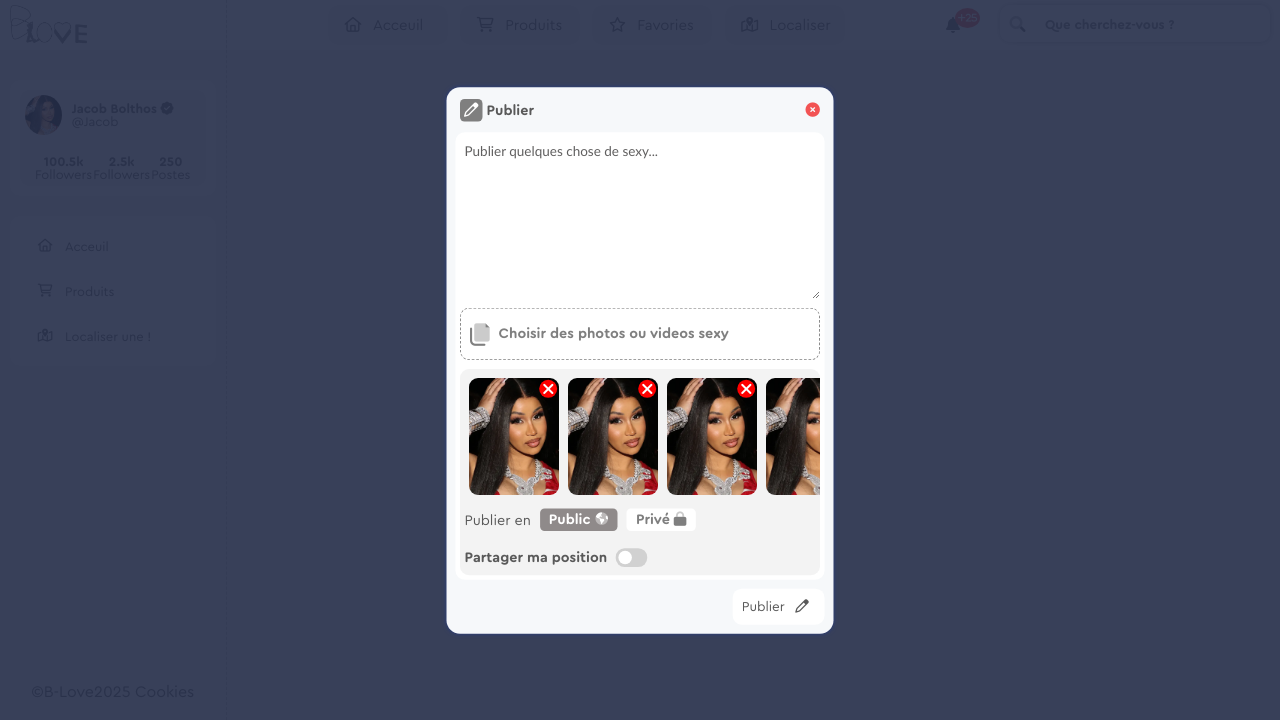
Repository: moomoony-log/b-love
Page: /home
The author's editor kept a copy of each file at every save. The page is drawn from the files as they stood at one save, then again after the next save.
The browser window is 1280 px wide. The pictures show the whole page.
Pictures or frames that could not be fetched are drawn as grey boxes. The project was rebuilt for these pictures with package versions that can differ from the ones it lists, and the page was loaded fresh each time. Also part of the build but not shown: vite.config.ts, src/rules/legacy.tsx, src/rules/privacy.tsx, src/components/basic/notification.tsx, src/view/auth.tsx, src/view/main/acceuil.tsx, src/view/main/dashbord.tsx, src/view/main/info-account.tsx and 3 more.

Above is the page before, as saved 2025-10-14 18:50:00.

### index.html
<!--
        ?????????         ?????????        ???????????????????
        ????? ?????     ????? ?????      ??????????   ??????????
        ?????  ?????   ?????  ?????    ????????         ????????
        ?????   ????? ?????   ?????    ??????            ????????
        ?????    ?????????    ?????    ??????            ????????
        ?????      ?????      ?????    ???????          ????????
        ?????                 ?????     ?????????      ????????
        ?????                 ?????        ???????????????????
        ?????                 ?????         ????????????????

    TRAVAIL JUSQU'A CE QU'ON DISE QUE TU ES FRANC-MAÇON
    TRAVAIL JUSQU'A CE QU'ON DISE QUE TU ES FRANC-MAÇON
    TRAVAIL JUSQU'A CE QU'ON DISE QUE TU ES FRANC-MAÇON
-->
<!doctype html>
<html lang="en">
  <head>
    <meta charset="UTF-8">
    <meta name="viewport" content="width=device-width, initial-scale=1.0">
    <meta http-equiv="X-UA-Compatible" content="IE=edge">
    <!-- Inbuilt -->
    <link rel="shortcut icon" href="./img/logoloveb.png" type="image/x-icon">
    <!-- <link rel="stylesheet" href="./vendor/font-awesome-pro/css/all.css">  -->
    <!-- <link rel="stylesheet" href="./css/app.css">  -->
    <title>B!love</title>
  </head>
  <body id="index">
    <div id="main-container"></div>
    <script type="module" src="/src/main.tsx"></script>
  </body>
</html>

### src/main.tsx
import { StrictMode } from 'react'
import { createRoot } from 'react-dom/client'
import App from './app'

createRoot(document.getElementById('main-container')!).render(
  <StrictMode>
    <App />
  </StrictMode>
)

### src/app.tsx

import { createBrowserRouter, RouterProvider } from "react-router-dom";
import Legacy from "./rules/legacy";
import Privacy from "./rules/privacy";
import Main from "./view/main/main";
import Auth from "./view/auth";
import Acceuil from "./view/main/acceuil";
import Dashbord from "./view/main/dashbord";
import "../public/css/app.css"
import "../public/vendor/font-awesome-pro/css/all.css"
import InfoAccount from "./view/main/info-account";
import Account from "./view/main/account";
import BecomeToMember from "./view/main/becomeToMember";
import Product from "./view/main/product";

// import Auth from "./view/auth";

const router =  createBrowserRouter([
	{
		path:'/',
		element:<Auth/>
	},
	{
		path:'/legacy',
		element:<Legacy/>
	},
	{
		path:'/privacy',
		element:<Privacy/>
	},
	{
		path:'/home',
		element:<Main/>,
		children:[
			{
				path:'acceuil',
				element: <Acceuil/>
			},
			{
				path:'dashbord',
				element: <Dashbord/>,
			},
			{
				path: 'product',
				element: <Product/>
			},
			{
				path:'check',
				element: <div>Localisation</div>
			},
			{
				path:'client',
				element: <InfoAccount/>,
				children: [
					{
						path:'compte',
						element: <Account/>
					},
					{
						path:'devenir_membre',
						element: <BecomeToMember/>
					},

				]
			}

		]
	}
])

// --> POINT D'ENTREE DANS L'APP(INDEX --> AUTH)
function App() {
	return <RouterProvider router={router}/>
}

export default App

### src/components/basic/button.tsx
// --> BUTTON COMPONENTS

import { forwardRef } from "react"
import { NavLink, useLocation } from "react-router-dom";

interface buttonProps {
    type: 'submit' | 'button',
    name?: string,
    icon?:string,
    color?: string,
    outline?: string,
    small?: 'small' | 'small-1' | 'small-2' | 'small-3',
    navigate?: string,
    children: boolean,
    border?: boolean,
    to: string | false,
    inner?:string,
    disable?:boolean,
    onclick?: () => unknown
}

const Button = forwardRef<HTMLButtonElement, buttonProps>(
  ({ name, icon, color, outline, small, navigate, inner, disable, children,border, to, onclick }, ref) => {
    const location = useLocation()
    return (
      <button
        ref={ref}
        type="button"
        className="ui-btn"
        name={name}
        color={color}
        {...(outline ? { "data-outline": "" } : {})}
        {...(disable ? { disabled: true } : {})}
        {...(navigate ? { "data-navigate": "" } : {})}
        {...(inner ? { "data-inner": "" } : {})}
        {...(small ? { "data-size" : small} : {})}
        {...(border ? { "data-border": "" } : {})}
        {...(to && location.pathname === to ? { "data-active": "" } : {})}
        onClick={onclick}
      >
        { (!children && !to ) && name } { icon && (!children && !to ) && <i className={icon}></i> }

        { (children && to) && <NavLink to={to}>  <i className={icon}></i>  {name} </NavLink> }

      </button>
    );
  }
);

export default Button

### public/css/config/config.css
/* Style global de configuration */

/* Police d'ecriture */
/* Cera */
@font-face{
    font-family: 'Cera';
    src: url('../../font/cera-round-pro/CeraRoundPro-Bold.otf');
    font-weight: bold;
}
@font-face {
    font-family: 'Cera';
    src: url('../../font/cera-round-pro/CeraRoundPro-Regular.otf');
    font-weight: normal;
}

/* body{
    display: flex !important;
    padding: 5px;
    height: 100%;
    width: 100%;
    position: absolute;
    top: 0;
    left: 0;
    overflow: hidden;
} */
body *{
    box-sizing: border-box;
    font-family: 'Cera', sans-serif;
    font-weight: bold;
}

button:focus, input:focus, textarea:focus, select:focus {
    outline: none;
}

button {
    cursor: pointer;
    border: none;
}

h1, h2, h3, h4, h5, p {
    color: inherit;
    margin: 0;
    padding: 0;
    text-decoration: inherit;
}

img{
    height: inherit;
    max-width: 100%;
}

### public/css/component/components.css
 /* Imporation des dependances */
 @import url('input.css');
 @import url('button.css');
 @import url('img.css');
 @import url('notification.css');
 @import url('loader.css');
 @import url('table.css');
 @import url('./modals/modal.css');

 @keyframes text{
    0%{
        transform: translateX(100%);
    }
    100%{
        transform: translateX(-100%);
    }
 }

### public/css/views.css
/* --> Css relative à toutes les vues communes  */
@import url('views/auth.css');
@import url('views/legacy.css');
@import url('views/privacy.css');

### public/css/animation.css
@keyframes reotateInner {
    from {
       transform: rotate(0);
    }
    to{
       transform: rotate(180deg);
    }
 }
 @keyframes Online {
    0%, 100% {
       transform: scale(1.5);
       opacity: 1;

    }
    50% {
       transform: scale(0.5);
       /* opacity: 0.5; */
    }
 }
  @keyframes Online2 {
    0%, 100% {
       opacity: 1;

    }
    50% {
       opacity: 0.5;
    }
 }
 @keyframes spin {
   0%{
      transform: rotate(0deg);
   }
   100%{
      transform: rotate(360deg);
   }

 }
  @keyframes opa {
   0%{
      opacity: .4;
   }
   100%{
      opacity: 1;
   }

 }

### public/css/utils/utils.css
@import url('variable.css');
@import url('helper.css');

### public/css/utils/variable.css
/* Variables */
:root{
    --color-white: #ffffff;
    --color-gray-soft: #F6F8FA;
    --color-gray-medium: #b0b0b0;
    --color-gray-hard: #595959;
    --color-gray-hard-1: #7f7f7f;
    /* --color-gray-hard-3: #d4d2d246; */
    --color-gray-hard-3: #f2f2f2e7;
    --color-gray-hard-5: #f2f2f2;
    --color-gray-hard-4: #5959592f;
    --color-blue-lite: #dbf5ff;
    --color-blue-soft: #00B0F0;
    --color-blue-soft-2: #9ab9dc;
    --color-blue-hard: #2A6EBB;
    --color-green-lite: #aefecf;
    --color-green-lite-2: #80d6a4;
    --color-green-hard: #41cf7c;
    --color-red-lite: #ffcdcd;
    --color-red-soft: #f58e8e;
    --color-red-hard: #f25353;
    --shadow-one: 0 0 5px #eee;
    --shadow-two: 0 0 5px #84b1c3;
    --shadow-3: 0 0 4px #bababa;
    --bezier-1: cubic-bezier(0.68, -0.55, 0.27, 1.55);
}

### public/css/views/legacy.css
.legacy {
    z-index: 10;
    height: 100%;
    padding: 20px;
    overflow: auto;
}
.legacy p{
    font-size: 40px;
}

### public/css/utils/helper.css
/* cool-scroll-bar */
.cool-scroll-bar::-webkit-scrollbar{
    width: 3px;
    height: 3px;
    border-radius: 50px !important;
    background-color: var(--color-gray-soft);
    box-shadow: 0 0 5px var(--color-gray-soft);
}
.cool-scroll-bar::-webkit-scrollbar-thumb{
    background-color: var(--color-gray-medium);
    border-radius: 50px !important;
}

### public/css/component/button.css

 /* UI-BTN-1 */
.ui-btn{
   height: 35px;
   min-width: 35px;
   text-align: center;
   border-radius: 10px;
   font-size: 15px;
   padding: 0 10px;
   position: relative;
   color: var(--color-gray-hard);
   background-color: white;
   top: 0;
   cursor: pointer;
   transition: outline .3s ease-in-out, background .3s ease-in-out, color .3s ease-in-out;
}
.ui-btn a {
  font-weight: inherit;
  display: flex;
  align-items: center;
  width: 100%;
  height: 100%;
  text-align: left;
  text-decoration: none;
  color: inherit;
  gap: 5px;
}
.ui-btn[data-size="small"]{
   font-size: 11px;
}
.ui-btn[data-outline]{
   outline: 1px solid var(--color-gray-medium);
}
.ui-btn[data-outline]:hover{
   background-color: var(--color-gray-hard-3);
}
.ui-btn[data-border]{
   height: 40px;
   font-weight: lighter;
}
.ui-btn[data-border] i{
   height: 30px;
   width: 30px;
   text-align: center;
   line-height: 30px;
   border-radius: 10px;
}
.ui-btn[data-border][data-active] i{
   background-color: var(--color-white);
}
/* .ui-btn[data-border]:hover{
   background-color: var(--color-gray-hard-3);
} */
.ui-btn:active{
   top: 1px;
}
.ui-btn[data-border][data-active]{
   background-color: var(--color-gray-hard-3);
   border-right: 2px solid var(--color-gray-medium);
   font-weight: bold;
}

.ui-btn:disabled{
   outline: none !important;
   background-color: transparent !important;
   color: var(--color-blue-normal-1) !important;
   top: 0 !important;
   cursor: not-allowed;
}

.ui-btn[data-theme='exit']:focus,
.ui-btn[data-theme='exit']:hover{
   outline-color: var(--color-blue-light-3);
   background-color: var(--color-blue-normal-1);
   color: var(--color-white)
}
.ui-btn[color='red']{
   color: red;
}

.ui-btn-2{
   height: 40px;
   width: 110px;
   border-radius: 10px;
   padding: 0 10px;
   outline: 2px solid transparent;
   position: relative;
   top: 0;
   transition: outline .3s ease-in-out, color .3s ease-in-out, background .3s ease-in-out;
}
.ui-btn-2:active{
   top: 1px;
}
.ui-btn-2:disabled{
   outline: none !important;
   background-color: transparent !important;
   color: var(--color-blue-normal-1) !important;
   top: 0 !important;
   cursor: not-allowed;
}

.ui-btn-2[color='blue']:focus,
.ui-btn-2[color='blue']:hover{
   outline-color: var(--color-blue-light-3);
   background-color: var(--color-blue-normal-1);
   color: var(--color-white)
}
.ui-btn[size="small-3"]{
   height: 25px;
   font-size: 11px;
}
.ui-btn[size="small-4"]{
   height: 30px;
   width: 30px;
   text-align: center;
   padding: 0;
   background-color: inherit;
}
.ui-btn[color='blue-2']{
   background-color: var(--color-blue-lite);
   /* color: var(--color-white); */
}
.ui-btn[color='gray']{
   background-color: var(--color-gray-hard-1);
   color: var(--color-white);
}
.ui-btn-2[color='red']{
   color: var(--color-red-black);
}
.ui-btn-2[color='red']:focus,
.ui-btn-2[color='red']:hover{
   outline-color: var(--color-red-normal);
   background-color: var(--color-red-black);
   color: var(--color-white);
}
.ui-btn[data-inner] i{
   position: relative;
   color: transparent;
}
.ui-btn[data-inner] i::after{
   content: '\f021';
   position: absolute;
   color: var(--color-gray-hard);
   top: 0;
   left: 0;
   animation: reotateInner 1s ease-in-out infinite;
}
.ui-btn[data-navigate] {
   height: 100%;
   width: 120px;
   font-weight: lighter;
   background-color: var(--color-gray-hard-3);
}
.ui-btn[data-navigate][data-active] {
   border-bottom: 2px solid var(--color-gray-hard);
   background-color: white;
   border-radius: 5px;
   font-weight: bold;
}
.ui-btn[data-size="small-2"]{
   height: 20px;
   font-size: 11px;
}
.ui-btn[color='blue']{
   background-color: var(--color-blue-soft);
   color: var(--color-white);
}
/* section-controls des infos personnels */
.info-title{
    background-color: var(--color-white);
    height: 25px;
    position: relative;
    line-height: 25px;
    border-radius: 5px;
    padding: 0 5px;
    font-weight: lighter;
    cursor: pointer;
    top: 0;
}
.info-title[data-name="action"]{
   background-color: var(--color-gray-hard-4);
   font-size: 13px;
   padding: 3px;
}
.info-title[data-name="action"][data-red]{
   background-color: var(--color-red-lite);
}
.info-title[data-active]{
    /* font-weight: bold; */
    background-color: var(--color-gray-hard-1);
    color: var(--color-white);
    border-bottom: 2px solid var(--color-gray-hard-1);
}
.info-title[data-active] i{
    color: var(--color-white);
}
.info-title i{
    color: var(--color-gray-hard-1);
    border-radius: 10px;
    background-color:var(--color-gray-hard-4)
}
table .info-title:hover{
   background-color: var(--color-gray-hard-1);
   color: var(--color-white);
}
table .info-title:hover i{
   color: var(--color-white);
}

### public/css/views/privacy.css
.privacy {
    z-index: 10;
    height: 100%;
    padding: 20px;
    overflow: auto;
}
.privacy p{
    font-size: 40px;
}

### public/css/component/notification.css
/* CSS DES GRILLES DE NOTIFICATIONS */
#notification{
    position: absolute;
    right: 0;
    z-index: 900;
    width: 350px;
    bottom: 0;
    padding: 5px;
    display: flex;
    justify-content: flex-end;
    align-items: center;
    flex-direction: column;
    gap: 10px;
}

#notification .notif-item{
    width: 320px;
    max-height: 60px;
    box-sizing: border-box;
    background-color: var(--color-white);
    display: none;
    align-items: center;
    overflow: hidden;
    gap: 5px;
    padding: 10px;
    border-radius: 10px;
    opacity: 0;
    transform: scale(0);
    box-shadow: 0 0 7px -2px var(--color-gray-hard-1);
    transition: transform .3s cubic-bezier(0.68, -0.55, 0.27, 1.55), opacity .2s ease-in-out, max-height .3s ease-in-out;
}
#notification .notif-item .notif-text-content{
    margin-right: auto;
}

#notification .notif-item[data-show]{
    opacity: 1;
    transform: scale(1);
    display: flex;
}

#notification .notif-item .icon{
    height: 35px;
    width: 35px;
    line-height: 35px;
    text-align: center;
    font-size: 15px;
    border-radius: 50%;
    position: relative;
    z-index: 2;
    color: var(--color-white);
}

#notification .notif-item .icon::before{
    position: absolute;
    text-align: center;
    left: 0;
    font-size: 35px;
    content: '\f335';
    font-family: 'Font Awesome 6 Pro';
    z-index: -1;
}

#notification .notif-item .exit{
    text-align: center;
    margin-left: 5px;
    border-radius: 50%;
    cursor: pointer;
    color: #cccccc;
}

#notification .notif-item[data-name="exit"] {
    border-left: 5px solid var(--color-red-soft);
}
#notification .notif-item[data-name="exit"] .exit{
    color: var(--color-red-soft);
}
#notification .notif-item[data-name="good"] .exit{
    color: var(--color-green-lite-2);
}
#notification .notif-item[data-name="exit"]:hover{
    box-shadow: 0 0 7px -2px var(--color-red-hard);
}
#notification .notif-item[data-name="good"]:hover{
    box-shadow: 0 0 7px -2px var(--color-green-hard);
}
#notification .notif-item[data-name="await"]:hover{
    box-shadow: 0 0 7px -2px var(--color-gray-hard);
}
.notif-item[data-name="exit"] .icon::before{
    color: var(--color-red-soft);
}
#notification .notif-item[data-name="await"]{
    border-left: 5px solid #cccccc;
}
.notif-item[data-name="good"] .icon::before{
    color: var(--color-green-lite-2);
}
.notif-item[data-name="await"] .icon::before{
    color: #cccccc;
}
#notification .notif-item[data-name="good"]{
    border-left: 5px solid var(--color-green-lite-2);
}
#notification .notif-item .title{
    text-wrap: nowrap;
    color: var(--color-gray-hard-1);
    font-size: 13px;
}
#notification .notif-item .text{
    font-size: 12px;
    display: flex;
    overflow: hidden;
    max-width: 240px;
    text-overflow: ellipsis;
    font-weight: lighter;
}

/* RESPONSIVE STATE */
@media (max-width: 344px) {
    #notification{
        width: 300px;
    }
    #notification .notif-item{
        width: 290px;
        max-height: 80px;
    }
    #notification .notif-item .icon::before{
        left: -2px;
    }
}

### public/css/component/loader.css

/* CSS DU COMPOSANT DE CHRAGEMENT */
#loader{
    position: absolute;
    display: flex;
    flex-direction: column;
    width: 100%;
    gap: 10px;
    height: 100%;background-color: rgba(255, 255, 255, 0.744);
    justify-content: center;
    align-items: center;
    z-index: 1000;
}

#loader .spinner{
    height: 60px;
    width: 60px;
    display: flex;
    justify-content: center;
    align-items: center;
    position: relative;
    animation: spin 2s linear infinite;
}
#loader .spinner::before{
    content: '';
    height: 100%;
    width: 100%;
    position: absolute;
    border-radius: 50%;
    border: solid 4px var(--color-gray-hard-3);
}
#loader .spinner::after{
    content: '';
    height: 100%;
    width: 100%;
    position: absolute;
    border-radius: 50%;
    border: solid 4px transparent;
    border-left-color:var(--color-gray-hard-1);
    animation: spin 0.8s linear infinite, opa 0.8s ease-in-out infinite alternate-reverse;
}
#loader img{
    width: 95px;
    height: 50px;
}
#loader i{
    font-size: 20px;
}
#loader .i{
   background-color: var(--color-gray-hard-);
   padding: 7px;
   display: flex;
   align-items: center;
   justify-content: center;
   border-radius: 5px;
}

### public/css/component/table.css
.infos-personnels[data-name="statut"] .availability table{
    border-collapse: collapse;
    width: 100%;
    background-color: var(--color-white);
    text-align: center;
    font-size: 13px;
}
.availability table th,
.availability table td{
    height: 40px;
    padding: 3px;
}
.availability table td:last-child{
    text-align: right;
}
.availability table tbody tr:hover{
    background-color: var(--color-gray-hard-3);
}

.cont-my-post table{
    width: 100%;
    border-spacing: 0 5px;
    background-color: var(--color-white);
    text-align: center;
    padding: 5px;
    border-radius: 5px;
}
.cont-my-post table tbody td:last-child button{
    background-color: white;
    margin-left: 5px;
}
.cont-my-post table tbody tr:hover td{
    background-color: var(--color-white);
}
.cont-my-post table tbody tr:hover td:last-child button{
    background-color: var(--color-gray-hard-3);
}

.cont-my-post table tbody td{
    padding: 5px;
    background-color: var(--color-gray-hard-3);
    font-weight: lighter;
    margin: 10px;
}
.cont-my-post table tbody td:last-child{
    text-align: right;
}


@media (max-width: 855px) {
    .cont-my-post table{
        font-size: 12px;
    }
    .cont-my-post table tbody td:last-child{
        display: flex;
        flex-direction: column;
        margin: 0;
        gap: 5px;
    }
}

@media (max-width: 355px) {
    .cont-my-post table tbody td:last-child{
        font-size: 11px;
    }
}

### public/css/component/modals/modal.css
/* @import url('./modals/registration.css'); */
@import url('./publication.css');
@import url('./confirm.css');

#modals .modal{
    position: fixed;
    display: none;
    align-items: center;
    left: 0;
    top: 0;
    justify-content: center;
    height: 100%;
    width: 100%;
    background-color: #262f4ae8;
    z-index: 1000;
    transition: opacity .6s ease-in-out;
    animation: show-modal .5s ease-in-out;
 }
.modal .box{
    background-color:var(--color-gray-soft);
    min-width: 300px;
    max-width: 1300px;
    min-height: 270px;
    box-shadow: 0 0 5px 0px #263b80;
    padding: 10px;
    border-radius: 15px;
    opacity: 1;
    transform: scale(.9);
    flex-direction: column;
    gap: 10px;
    animation: show-box .6s ease-in-out forwards;
}

.modal:active .box{
    animation: show-box .6s ease-in-out forwards, show-cont .1s ease-in-out;
}
 /* Animation > Affichage > Masquage */
.modal[data-show]{
   display: flex !important;
}
.modal[data-show] .box{
   display: flex !important;
}
.modal[hide]{
   opacity: 0;
}
.modal[hide] .box{
    animation: hide-box .5s ease-in-out forwards;
}
.modal .box .modal-head{
   height: 30px;
   display: flex;
   padding: 0 5px;
   justify-content: space-between;
   align-items: center;
}
.box .modal-head .title i{
   height: 25px;
   width: 25px;
   line-height: 25px;
   text-align: center;
   border-radius: 5px;
   color: var(--color-white);
   background-color: var(--color-gray-hard-1);
}
.box .modal-head .exit i{
   color: var(--color-red-hard);
   cursor: pointer;
}
.modal .box .body{
   min-height: 200px;
   border-radius: 10px;
   padding: 5px;
}
.modal .box .controler{
   width: 100%;
   display: flex;
   gap: 30px;
 }

### public/css/component/modals/confirm.css
.modal[data-name="confirm"] .box .body{
   display: flex;
   background-color: var(--color-white);
   display: flex;
   flex-direction: column;
   justify-content: center;
   align-items: center;
   position: relative;
}
.modal[data-name="confirm"] .box .body::after{
    content: '';
    height: 100%;
    width: 100%;
    border-radius: 10px;
    position: absolute;
    animation: Online2 1s ease-in-out infinite;
}
.modal[data-name="confirm"] .box .body .icon{
    height: 75px;
    width: 75px;
    font-size: 50px;
    line-height: 75px;
    text-align: center;
    border-radius: 10px;
    margin-bottom: 5px;
}
.modal[data-name="confirm"] .box .body .title{
    font-size: 20px;
    margin-bottom: 20px;
}
.modal[data-name="confirm"] .box .body .confirm-text{
    font-weight: lighter;
}

.modal[data-name="confirm"] .box .body[type="exit"]::after{
    background-color: rgba(255, 17, 17, 0.066);
}
.modal[data-name="confirm"] .box .body[type="exit"] .icon{
    box-shadow: 0 0 7px -4px var(--color-red-hard);
    background-color: var(--color-red-lite);
    color: var(--color-red-soft);
}
.modal[data-name="confirm"] .box .body[type="exit"] .title{
    color: var(--color-red-soft);
}

.modal[data-name="confirm"] .box .body[type="good"]::after{
    background-color: rgba(17, 184, 255, 0.077);
}
.modal[data-name="confirm"] .box .body[type="good"] .icon{
    box-shadow: 0 0 7px -4px var(--color-blue-hard);
    background-color: var(--color-blue-lite);
    color: var(--color-blue-soft);
}
.modal[data-name="confirm"] .box .body[type="good"] .title{
    color: var(--color-blue-soft);
}

### src/utils/utils.ts
class Utils {

    static emailValidation(email: string) : boolean {
        const emailRegex :RegExp = /^[^\s@]+@[^\s@]+\.[^\s@]+$/
        return emailRegex.test(email)
    }

    static inputValue(value: string, minLenght: number) : boolean {
        const inputRegex :RegExp = /^[A-Za-zÀ-ÖØ-öø-ÿ\s]+$/

        if (value.length > minLenght && inputRegex.test(value)) return inputRegex.test(value)
        else return false
    }

    static passwordValidation = (value: string):boolean => {
        const passwordRegex: RegExp = /^(?=.*?[A-Z])(?=.*?[a-z])(?=.*?[0-9])(?=.*?[#?!@$%^&*-]).{8,}$/g
        if (passwordRegex.test(value)) return true
        else return false
    }

    static otpValidation = (value: string):boolean => {
        const otpRegex : RegExp = /^[0-9]+$/gm
        if(otpRegex.test(value) && value.length === 1) return true
        else return false
    }

}

export default Utils

Loaded but not shown: public/vendor/font-awesome-pro/css/all.css (library); public/css/app.css (2376 lines, source omitted); src/view/main/main.tsx (183 lines, source omitted); src/components/basic/input.tsx (178 lines, source omitted); public/css/views/auth.css (265 lines, source omitted); public/css/component/input.css (227 lines, source omitted); public/css/component/modals/publication.css (141 lines, source omitted); public/css/component/img.css (159 lines, source omitted); src/components/basic/modals/publication.tsx (51 lines, source omitted)

After the next save:
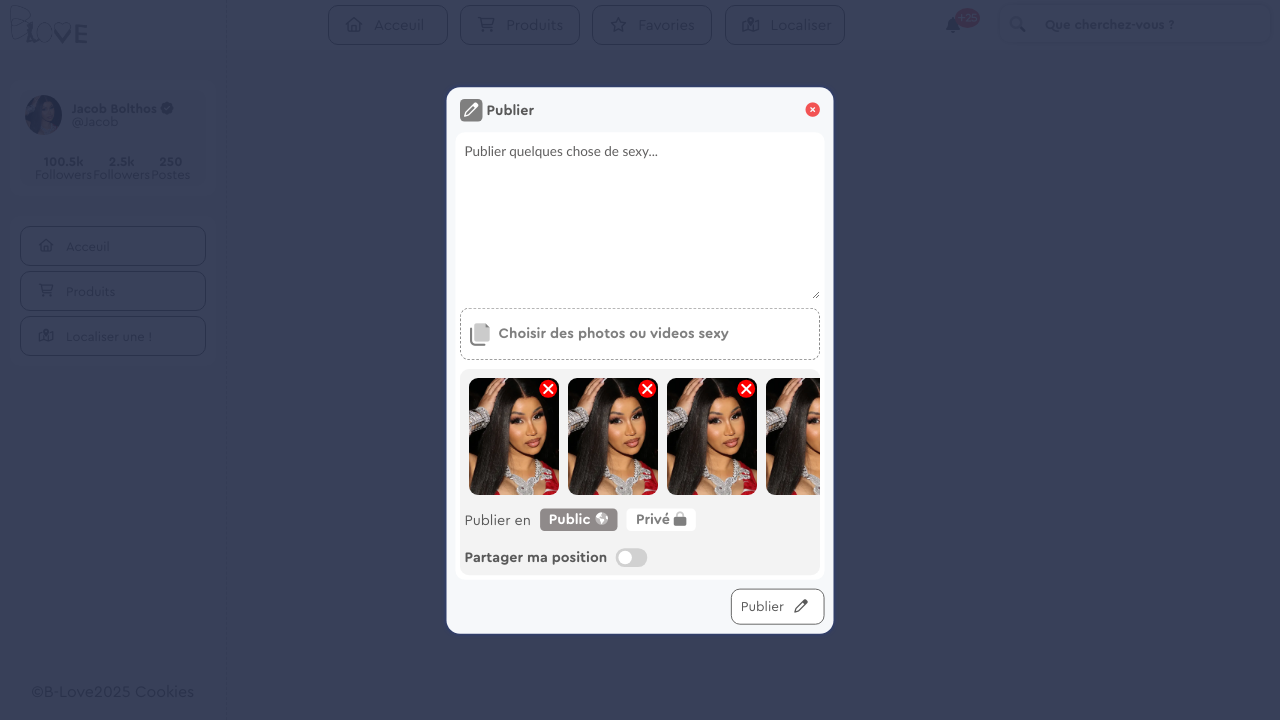
Saved 74 s later.
--- a/public/css/component/button.css
+++ b/public/css/component/button.css
@@ -37,6 +37,7 @@
 .ui-btn[data-border]{
    height: 40px;
    font-weight: lighter;
+   border: 1px solid;
 }
 .ui-btn[data-border] i{
    height: 30px;
